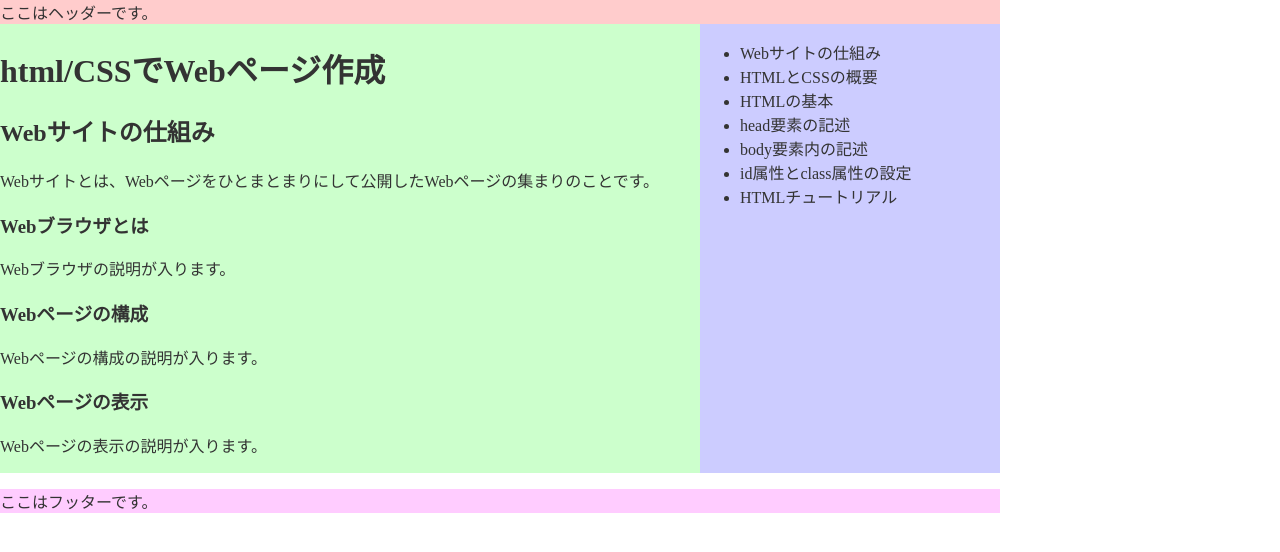
Repository: ichiro-fujii/kadai-commit
Page: lesson-htmlcss/kadai-html.html
The author's editor kept a record of every edit. The page is drawn from the files as they stood at one moment, then again after the next edit.
The browser window is 1280 px wide. The pictures show the whole page.

Above is the page before.

After the next edit:
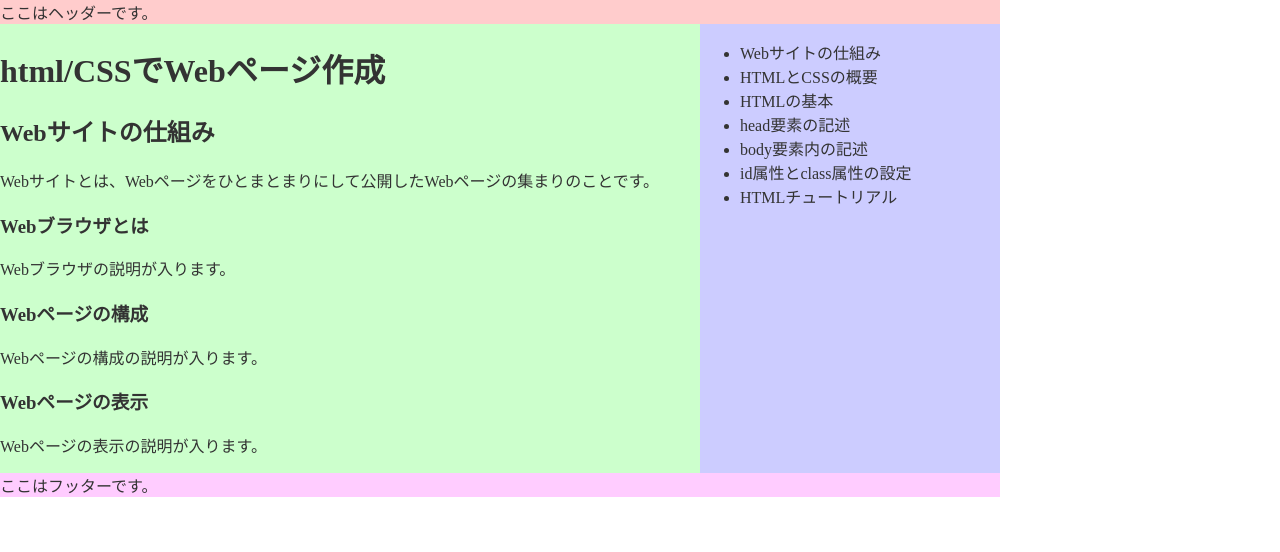
The edit:
--- a/lesson-htmlcss/kadai-html.html
+++ b/lesson-htmlcss/kadai-html.html
@@ -36,7 +36,7 @@
         </nav>
         </div>
         <footer>
-            <p>ここはフッターです。</p>
+            ここはフッターです。
         </footer>
 
 
